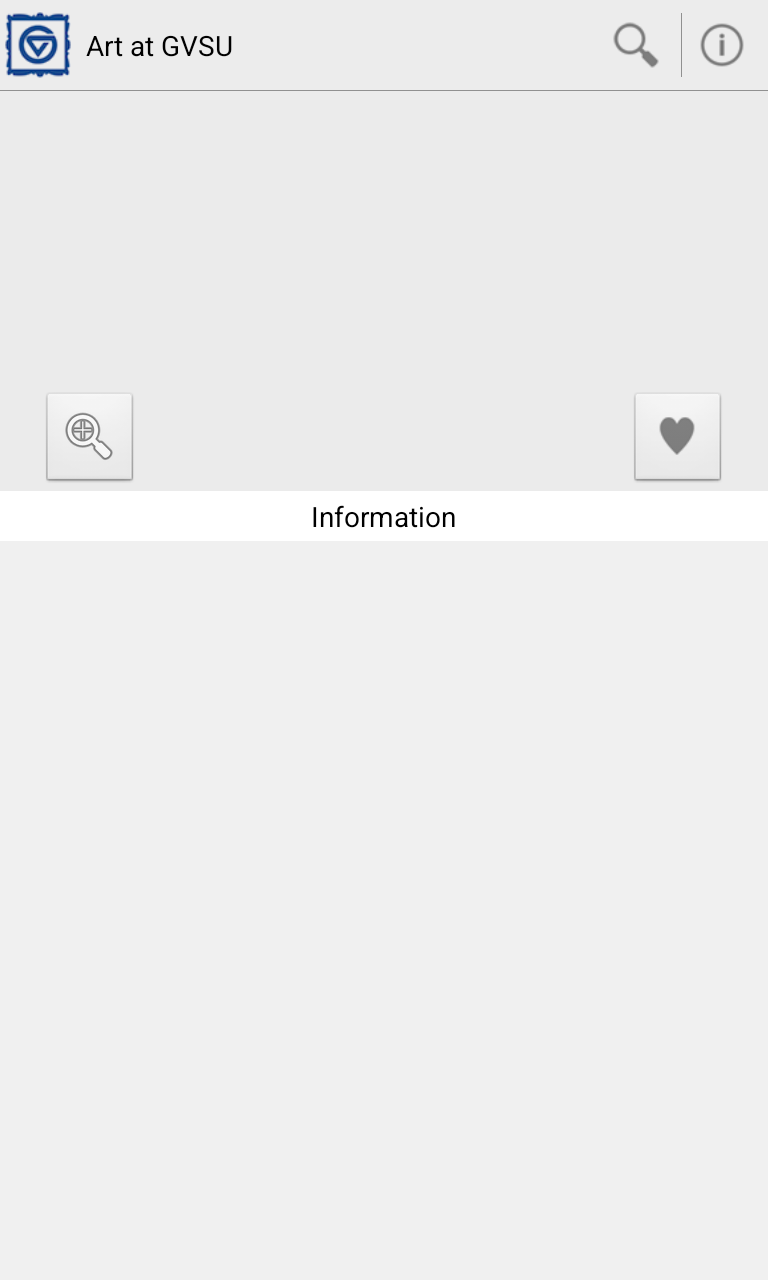
Repository: markminuth/Art-at-GVSU-Android-edition
Layout: version1.1/res/layout/artdetails.xml
An editor plug-in stored every save of this project. The layout is shown before and after the next save, followed by the edit.
It is drawn on a 768 x 1280 px phone screen (xhdpi) without system bars, with theme android:Theme.NoTitleBar; the app's code is not run. Lists and similar views that code fills are empty.

Above is the layout before, as saved 2012-04-15 18:45:42.

After the next save:
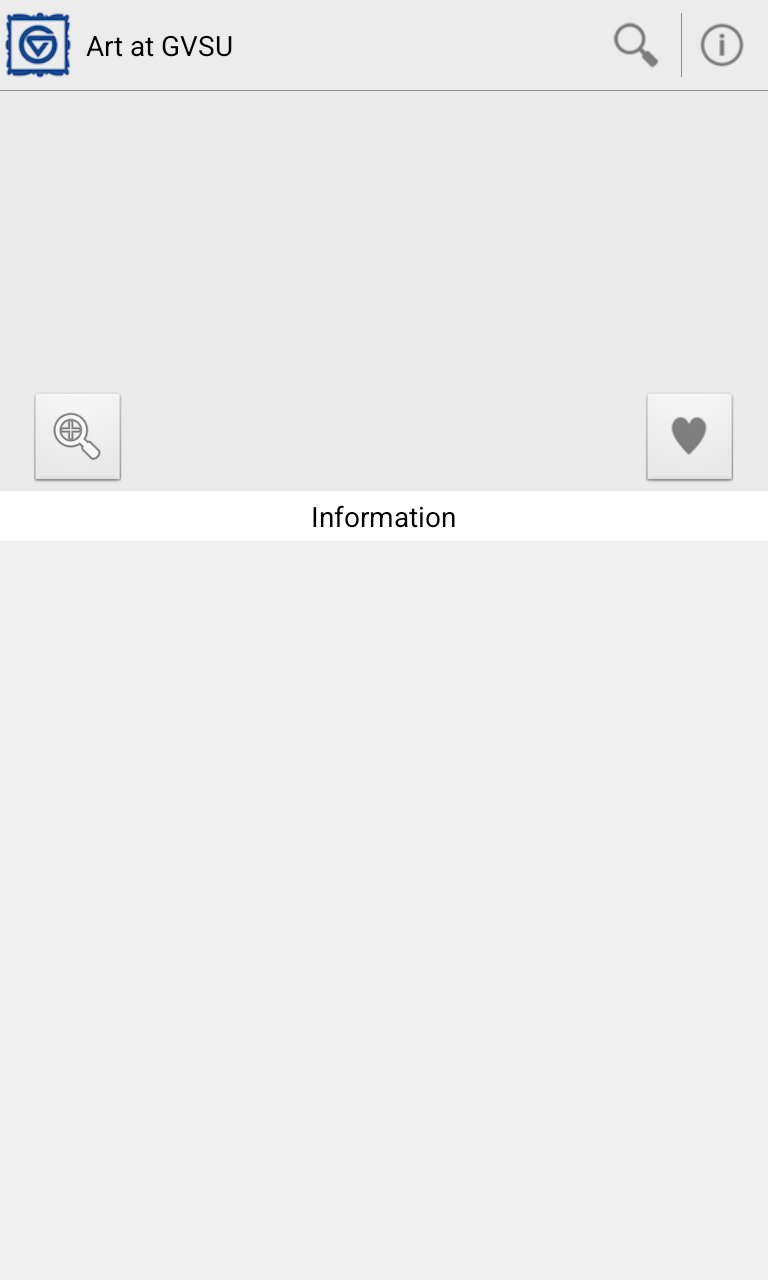
Saved 9 min 6 s later.
--- a/version1.1/res/layout/artdetails.xml
+++ b/version1.1/res/layout/artdetails.xml
@@ -133,14 +133,14 @@
             android:layout_height="50dp"
             android:layout_alignParentBottom="true"
             android:layout_alignParentRight="true"
-            android:layout_marginRight="20dp"
+            android:layout_marginRight="14dp"
             android:src="@drawable/favorite" />
 
         <ImageButton
             android:id="@+id/zoomButton"
             android:layout_width="50dp"
             android:layout_height="50dp"
-            android:layout_marginLeft="20dp"
+            android:layout_marginLeft="14dp"
             android:layout_alignParentBottom="true"
             android:layout_alignParentLeft="true"
             android:src="@android:drawable/ic_menu_zoom" />
